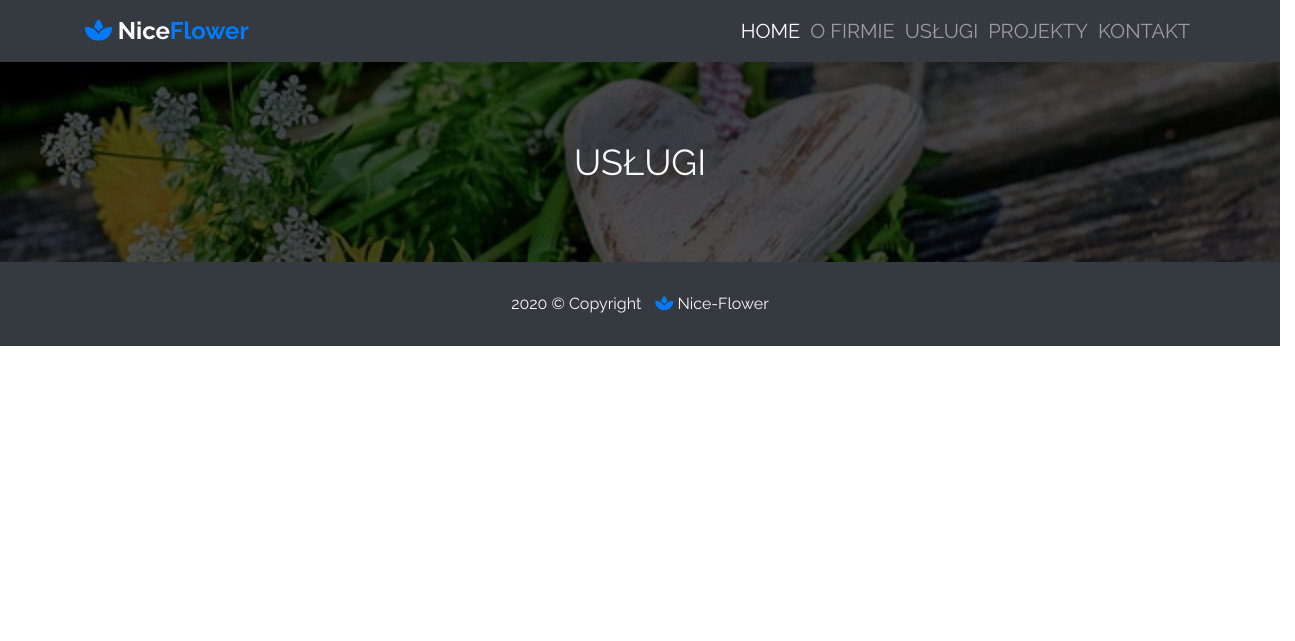
Repository: KrzysKolo/Projekt-13_Kwiaciarnia
Page: services.html
The author's editor kept a copy of each file at every save. The page is drawn from the files as they stood at one save, then again after the next save.
The browser window is 1280 px wide. The page is 1280 px wide, then 1295 px, so the pictures cover 1295 px, including what lies to the right of the window. The pictures show the whole page.
Some web libraries are served in a nearby version.

Above is the page before, as saved 2020-08-11 09:58:40.

### services.html
<!DOCTYPE html>
<html lang="pl">
  <head>
    <meta charset="UTF-8" />
    <meta name="viewport" content="width=device-width, initial-scale=1.0" />
    <title>Nice-Flower</title>
    <script
      src="https://kit.fontawesome.com/21efeaf281.js"
      crossorigin="anonymous"
    ></script>

    <link
      rel="stylesheet"
      href="https://stackpath.bootstrapcdn.com/bootstrap/4.5.0/css/bootstrap.min.css"
      integrity="sha384-9aIt2nRpC12Uk9gS9baDl411NQApFmC26EwAOH8WgZl5MYYxFfc+NcPb1dKGj7Sk"
      crossorigin="anonymous"
    />
    <link
      href="https://fonts.googleapis.com/css2?family=Raleway:wght@400;700&display=swap"
      rel="stylesheet"
    />
    <link rel="stylesheet" href="style.css" />
  </head>
  <body>
    <nav class="navbar navbar-expand-lg navbar-dark bg-dark py-3">
      <div class="container">
        <a class="navbar-brand" href="index.html"
          ><i class="fas fa-spa text-primary"></i> Nice<span
            class="text-primary"
            >Flower</span
          ></a
        >
        <button
          class="navbar-toggler border-0"
          type="button"
          data-toggle="collapse"
          data-target="#navbarNavAltMarkup"
          aria-controls="navbarNavAltMarkup"
          aria-expanded="false"
          aria-label="Toggle navigation"
        >
          <i class="fas fa-bars px-4"></i>
        </button>
        <div class="collapse navbar-collapse" id="navbarNavAltMarkup">
          <div class="navbar-nav ml-auto">
            <a class="nav-link active" href="index.html">Home </a>
            <a class="nav-link" href="abouteus.html">O firmie</a>
            <a class="nav-link" href="#"
              ><span class="sr-only">(current)</span>Usługi</a
            >
            <a class="nav-link" href="projects.html">Projekty</a>
            <a class="nav-link" href="contact.html">Kontakt</a>
          </div>
        </div>
      </div>
    </nav>

    <!-- MAIN -->
    <main>
      <section class="top-hero service-hero">
        <div class="hero-shadow"></div>
        <p class="top-hero-text text-light">usługi</p>
      </section>
    </main>
    <footer class="bg-dark text-light">
      <p class="py-5 px-3 mb-0 text-center">
        2020 &copy; Copyright
        <i class="ml-3 fas fa-spa text-primary"></i> Nice-Flower
      </p>
    </footer>
    <script
      src="https://code.jquery.com/jquery-3.5.1.slim.min.js"
      integrity="sha384-DfXdz2htPH0lsSSs5nCTpuj/zy4C+OGpamoFVy38MVBnE+IbbVYUew+OrCXaRkfj"
      crossorigin="anonymous"
    ></script>
    <script
      src="https://cdn.jsdelivr.net/npm/popper.js@1.16.0/dist/umd/popper.min.js"
      integrity="sha384-Q6E9RHvbIyZFJoft+2mJbHaEWldlvI9IOYy5n3zV9zzTtmI3UksdQRVvoxMfooAo"
      crossorigin="anonymous"
    ></script>
    <script
      src="https://stackpath.bootstrapcdn.com/bootstrap/4.5.0/js/bootstrap.min.js"
      integrity="sha384-OgVRvuATP1z7JjHLkuOU7Xw704+h835Lr+6QL9UvYjZE3Ipu6Tp75j7Bh/kR0JKI"
      crossorigin="anonymous"
    ></script>
  </body>
</html>

### style.css
* {
  box-sizing: border-box;
  margin: 0;
  padding: 0;
}
html {
  font-size: 62.5%;
}
body {
  font-family: "Raleway", sans-serif;
  font-size: 1.6rem;
}
.hero-shadow {
  position: absolute;
  top: 0;
  width: 100%;
  height: 100%;
  background-color: rgba(0, 0, 0, 0.7);
  z-index: -1;
}
.additional-text {
  font-size: 1.8rem;
}
.top-hero {
  position: relative;
  height: 20rem;
  background-size: cover;
  z-index: 0;
}
.top-hero-text {
  display: flex;
  justify-content: center;
  align-items: center;
  height: 100%;
  font-size: 3.6rem;
  text-transform: uppercase;
}
/* ----------- */
/*  nawigacja  */
/* ----------- */
nav {
  font-size: 2rem;
  text-transform: uppercase;
}
.navbar-toggler {
  font-size: 3rem;
}
.navbar-brand {
  font-size: 2.4rem;
  font-weight: bold;
  text-transform: none;
}
/* ----------- */
/*    header   */
/* ----------- */
header {
  font-size: 2rem;
}
.carousel-item {
  position: relative;
  height: 400px;
  background-position: center;
  background-size: cover;
  z-index: 0;
}
.carousel-img-one {
  background-image: url("./img/b1m.jpg");
}
.carousel-img-two {
  background-image: url("./img/b2m.jpg");
}
.carousel-img-three {
  background-image: url("./img/b4m.jpg");
}
/* ----------- */
/*     main    */
/* ----------- */
.home-boxes {
  padding: 5rem 0;
}
.home-box i {
  font-size: 4rem;
}
.home-box h3 {
  font-size: 2.6rem;
}
/* ----------- */
.home-passion {
  position: relative;
  height: 350px;
  background-image: url("./img/b8m.jpg");
  background-position: center;
  background-size: cover;
  z-index: 0;
}
/* ----------- */
.home-brand h3 {
  font-size: 3rem;
  font-weight: bold;
}
/* ----------- */
/*   aboutus   */
/* ----------- */
.aboutus-hero {
  background-image: url("./img/obrazek1.jpg");
  background-position: bottom;
}
/* ----------- */
.aboutus-top .display-3 {
  text-transform: uppercase;
}
/* ----------- */
.aboutus-info {
  background-color: rgba(0, 0, 0, 0.3);
}
.aboutus-info .container {
  padding: 2em 0.5em;
}
.aboutus-text {
  padding: 1.8rem;
}
.aboutus-text h3 {
  margin-bottom: 0.5em;
  font-size: 2.6rem;
  text-transform: uppercase;
  font-weight: bold;
  text-decoration: underline #007bff;
}
.abouts-text-right {
  text-align: right;
}
.aboutus-img {
  height: 300px;
  background-image: url("./img/b5m.jpg");
  background-position: center;
  background-size: cover;
}
/* ----------- */
.aboutus-bottom i {
  font-size: 3rem;
}
.aboutus-bottom h3 {
  font-size: 2.2rem;
  font-weight: bold;
}
/* ----------- */
/*    usługi   */
/* ----------- */
.service-hero {
  background-image: url("./img/pm.jpg");
  background-position: 0 50%;
}
/* ----------- */
/*    footer   */
/* ----------- */
footer {
  font-size: 1.6rem;
}
@media (min-width: 992px) {
  .aboutus-info .container {
    padding: 0;
  }
  .aboutus-shadow {
    box-shadow: inset 0 5px 10px -5px rgba(0, 0, 0, 0.4);
  }
  .aboutus-text {
    padding: 5em 0;
    transform: skew(-15deg);
  }
  .abouts-text-left {
    padding-right: 2em;
    text-align: right;
  }
  .abouts-text-right {
    padding-left: 2em;
    text-align: left;
  }
  .aboutus-img {
    height: auto;
    transform: skew(-15deg);
  }
}
@media (min-width: 1400px) {
  .carousel-item {
    height: 600px;
  }
  .carousel-img-one {
    background-image: url("./img/b1.jpg");
  }
  .carousel-img-two {
    background-image: url("./img/b2.jpg");
  }
  .carousel-img-three {
    background-image: url("./img/b4.jpg");
  }
}

After the next save:
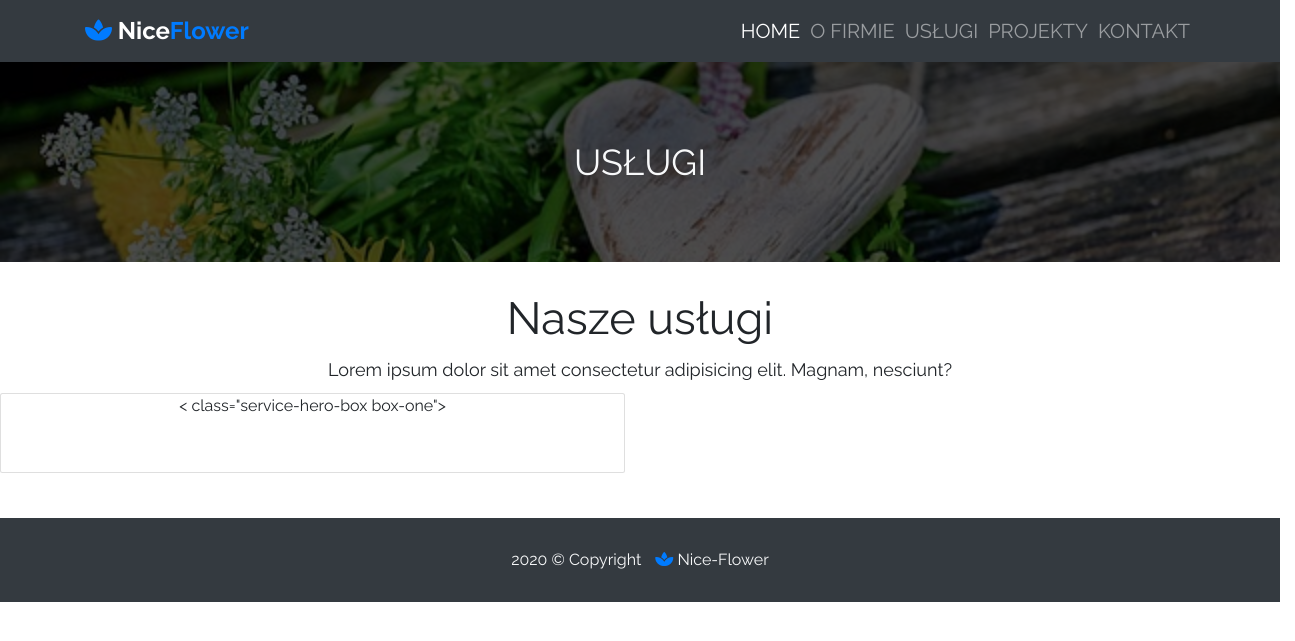
Saved 32 min 44 s later.
--- a/services.html
+++ b/services.html
@@ -61,6 +61,26 @@
         <div class="hero-shadow"></div>
         <p class="top-hero-text text-light">usługi</p>
       </section>
+      <section class="py-5 text-center">
+          <p class="display-3">Nasze usługi</p>
+          <p class="additional-text">Lorem ipsum dolor sit amet consectetur adipisicing elit. Magnam, nesciunt?</p>
+          <div class="row">
+              <div class="col-md-6">
+                  <!-- ACORDEON -->
+                  <div class="accordion id='acc'">
+                    <div class="card mb-4">
+                        < class="service-hero-box box-one">
+                            <div class="hero-shadow"></div>
+                                <p class="h-100 text-white text-center p-3">
+                                    kwiaty
+                                </p>
+
+                        </div>
+                    </div>
+                  </div>
+              </div>
+          </div>
+      </section>
     </main>
     <footer class="bg-dark text-light">
       <p class="py-5 px-3 mb-0 text-center">
